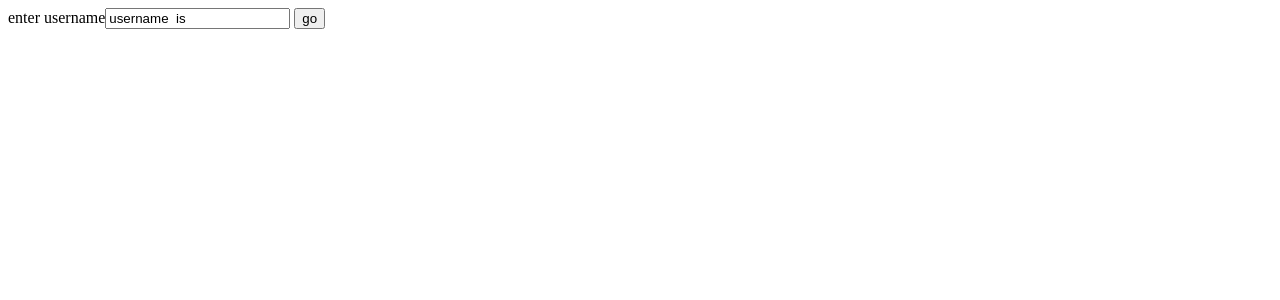
Repository: heenasalim/Java_Script
Page: HtttpSession/WebContent/LoginWithCookie.html
The author's editor kept a copy of each file at every save. The page is drawn from the files as they stood at one save, then again after the next save.
The browser window is 1280 px wide. The pictures show the whole page.

Above is the page before, as saved 2015-10-14 07:48:10.

After the next save:
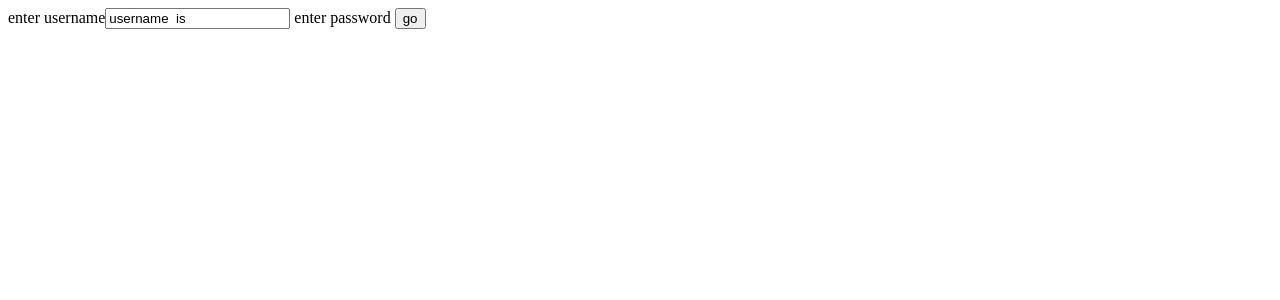
Saved 81 s later.
--- a/HtttpSession/WebContent/LoginWithCookie.html
+++ b/HtttpSession/WebContent/LoginWithCookie.html
@@ -7,6 +7,7 @@
 <body>
 <form  action="Cookie1"  method="post">
 enter  username<input  type="text"   name="user"   value="username  is"/>
+enter   password
 <input type="submit"  name=submit   value="go"  />
 </form>
 </body>
